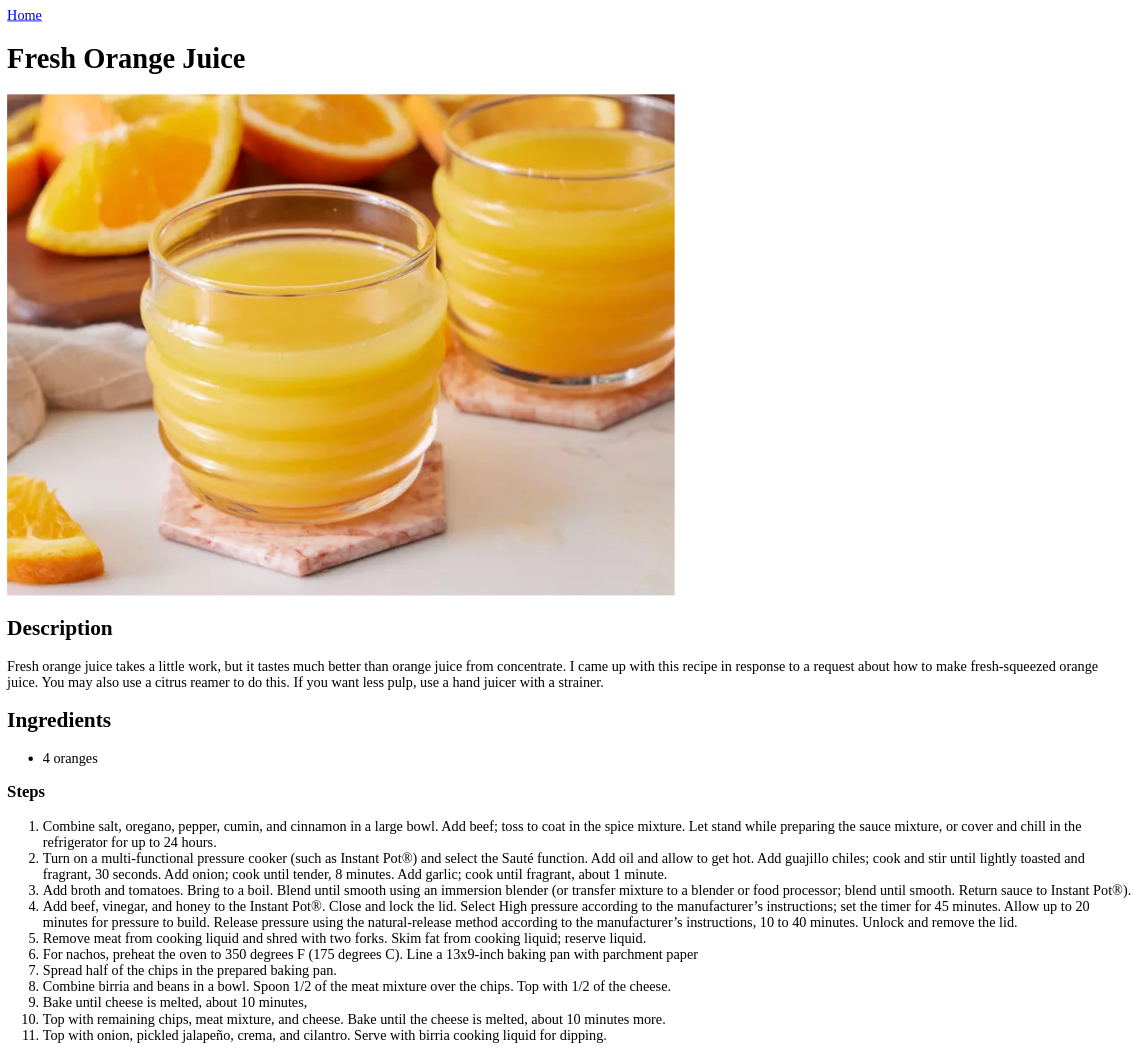
Repository: itsDevAK/odin-recipes
Page: recipes/orange-juice.html
These files come from the project's save history. The page is drawn as it stood at one moment and after the next save; the edit follows.
The browser window is 1280 px wide. The pictures show the whole page, at 89% of full size.

Above is the page before, as saved 2026-09-17 13:16:13.

After the next save:
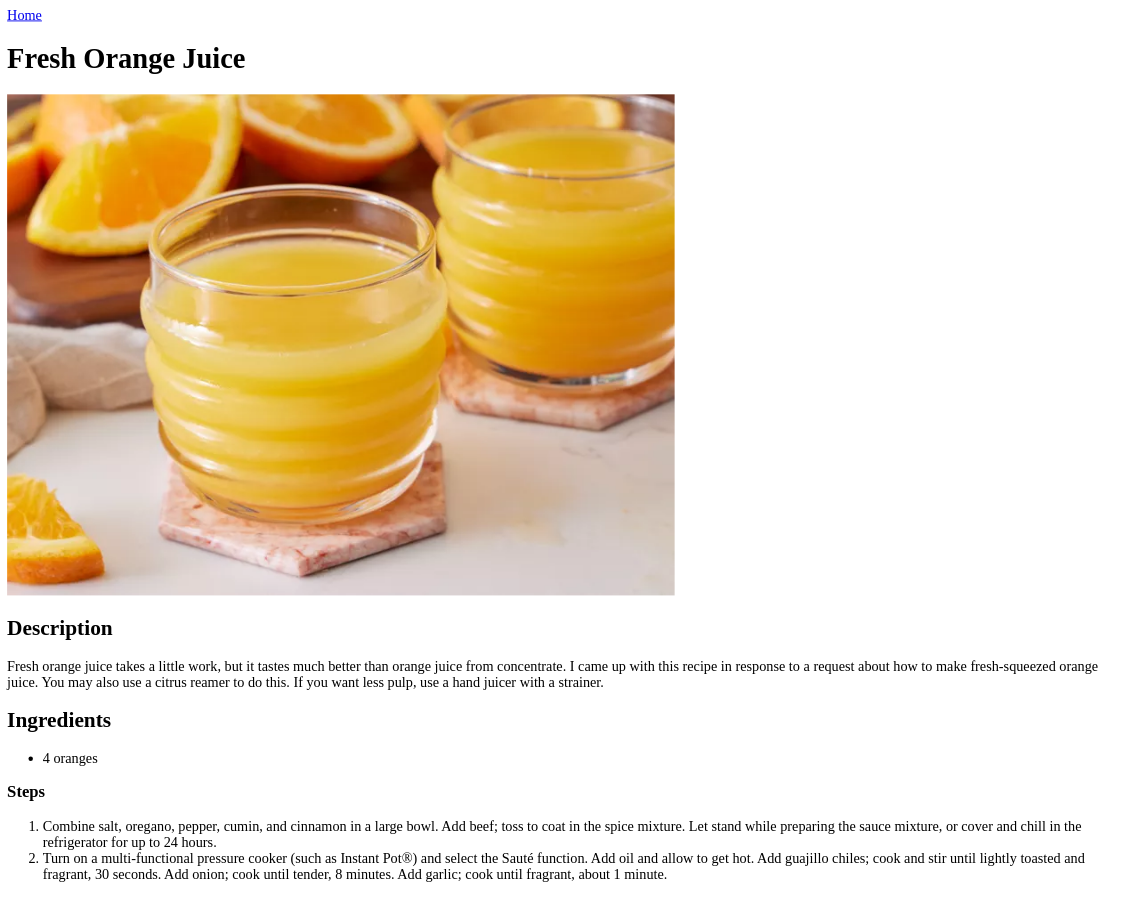
Saved 24 s later.
--- a/recipes/orange-juice.html
+++ b/recipes/orange-juice.html
@@ -19,15 +19,7 @@
     <ol>
         <li>Combine salt, oregano, pepper, cumin, and cinnamon in a large bowl. Add beef; toss to coat in the spice mixture. Let stand while preparing the sauce mixture, or cover and chill in the refrigerator for up to 24 hours.</li>
         <li>Turn on a multi-functional pressure cooker (such as Instant Pot®) and select the Sauté function. Add oil and allow to get hot. Add guajillo chiles; cook and stir until lightly toasted and fragrant, 30 seconds. Add onion; cook until tender, 8 minutes. Add garlic; cook until fragrant, about 1 minute.</li>
-        <li>Add broth and tomatoes. Bring to a boil. Blend until smooth using an immersion blender (or transfer mixture to a blender or food processor; blend until smooth. Return sauce to Instant Pot®). </li>
-        <li>Add beef, vinegar, and honey to the Instant Pot®. Close and lock the lid. Select High pressure according to the manufacturer’s instructions; set the timer for 45 minutes. Allow up to 20 minutes for pressure to build. Release pressure using the natural-release method according to the manufacturer’s instructions, 10 to 40 minutes. Unlock and remove the lid.</li>
-        <li>Remove meat from cooking liquid and shred with two forks. Skim fat from cooking liquid; reserve liquid.</li>
-        <li>For nachos, preheat the oven to 350 degrees F (175 degrees C). Line a 13x9-inch baking pan with parchment paper</li>
-        <li>Spread half of the chips in the prepared baking pan.</li>
-        <li>Combine birria and beans in a bowl. Spoon 1/2 of the meat mixture over the chips. Top with 1/2 of the cheese. </li>
-        <li>Bake until cheese is melted, about 10 minutes,</li>
-        <li>Top with remaining chips, meat mixture, and cheese. Bake until the cheese is melted, about 10 minutes more.</li>
-        <li>Top with onion, pickled jalapeño, crema, and cilantro. Serve with birria cooking liquid for dipping.</li>
+
     </ol>
 </body>
 </html>
